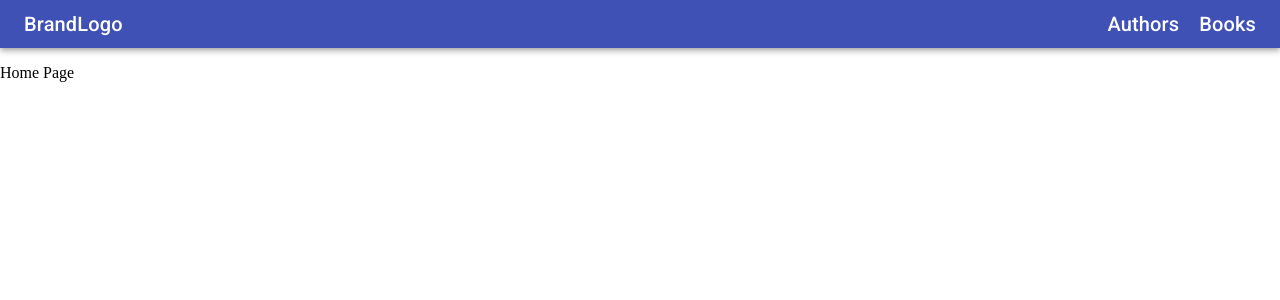
Repository: Sociophuck/00007494
Page: / (app in front/)
These files come from the project's save history. The page is drawn as it stood at one moment and after the next save; the edit follows.
The browser window is 1280 px wide. The pictures show the whole page.
The project was rebuilt for these pictures with package versions that can differ from the ones it lists, and the page was loaded fresh each time. Also part of the build but not shown: front/src/Author.js, front/src/App.css, front/src/Book.js.

Above is the page before, as saved 2021-04-04 11:08:59.

After the next save:
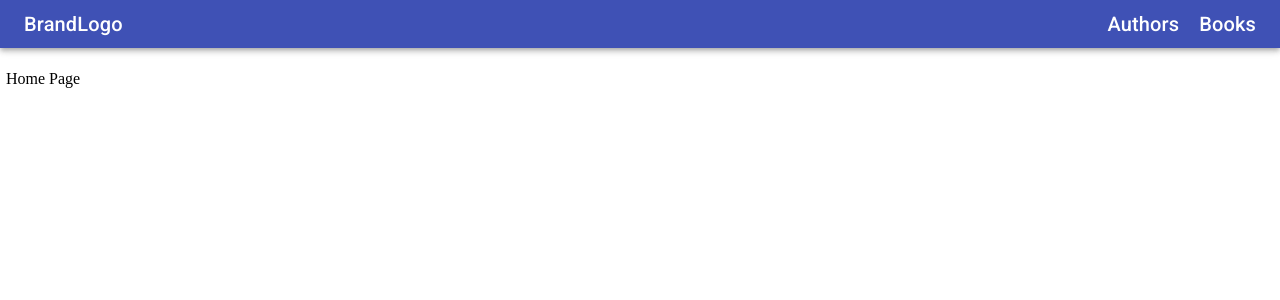
Saved 15 s later.
--- a/front/src/index.css
+++ b/front/src/index.css
@@ -18,3 +18,7 @@ body {
   text-decoration: none;
   color: white;
 }
+
+.body {
+  padding: 6px;
+}
